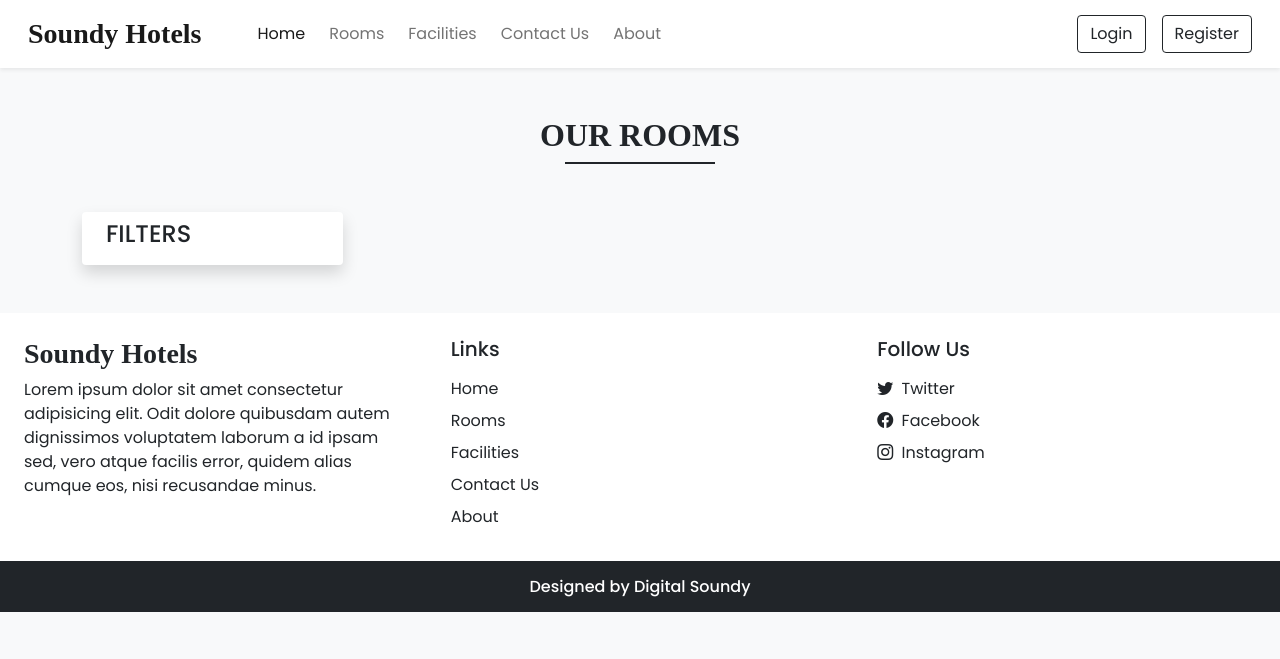
Repository: spencersoundy/Hotel-Booking-App
Page: http://localhost/rooms.php
An editor plug-in stored every save of this project. The page is shown before and after the next save, followed by the edit.
The browser window is 1280 px wide. The pictures show the whole page.
Some web fonts or font styles are not loaded; a fallback is used. The page is run by PHP 8.4 with error messages shown; the project is at /var/www/html/.

Above is the page before, as saved 2023-08-05 00:32:01.

After the next save:
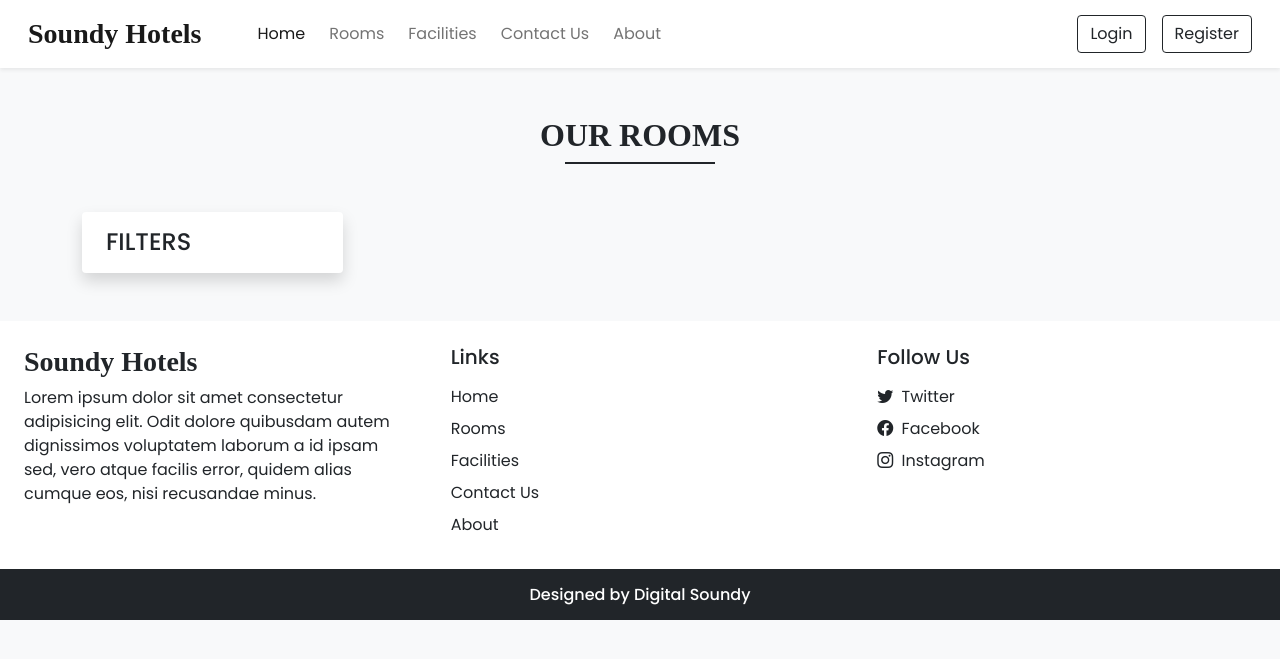
Saved 5 s later.
--- a/rooms.php
+++ b/rooms.php
@@ -22,7 +22,7 @@
        <div class="col-lg-3">
         <nav class="navbar navbar-expand-lg navbar-light bg-white rounded shadow">
             <div class="container-fluid flex-lg-column align-items-stretch">
-                <h4 class="">FILTERS</h4>
+                <h4 class="mt-2">FILTERS</h4>
                 <button class="navbar-toggler" type="button" data-bs-toggle="collapse" data-bs-target="#navbarNav" aria-controls="navbarNav" aria-expanded="false" aria-label="Toggle navigation">
                 <span class="navbar-toggler-icon"></span>
                 </button>
